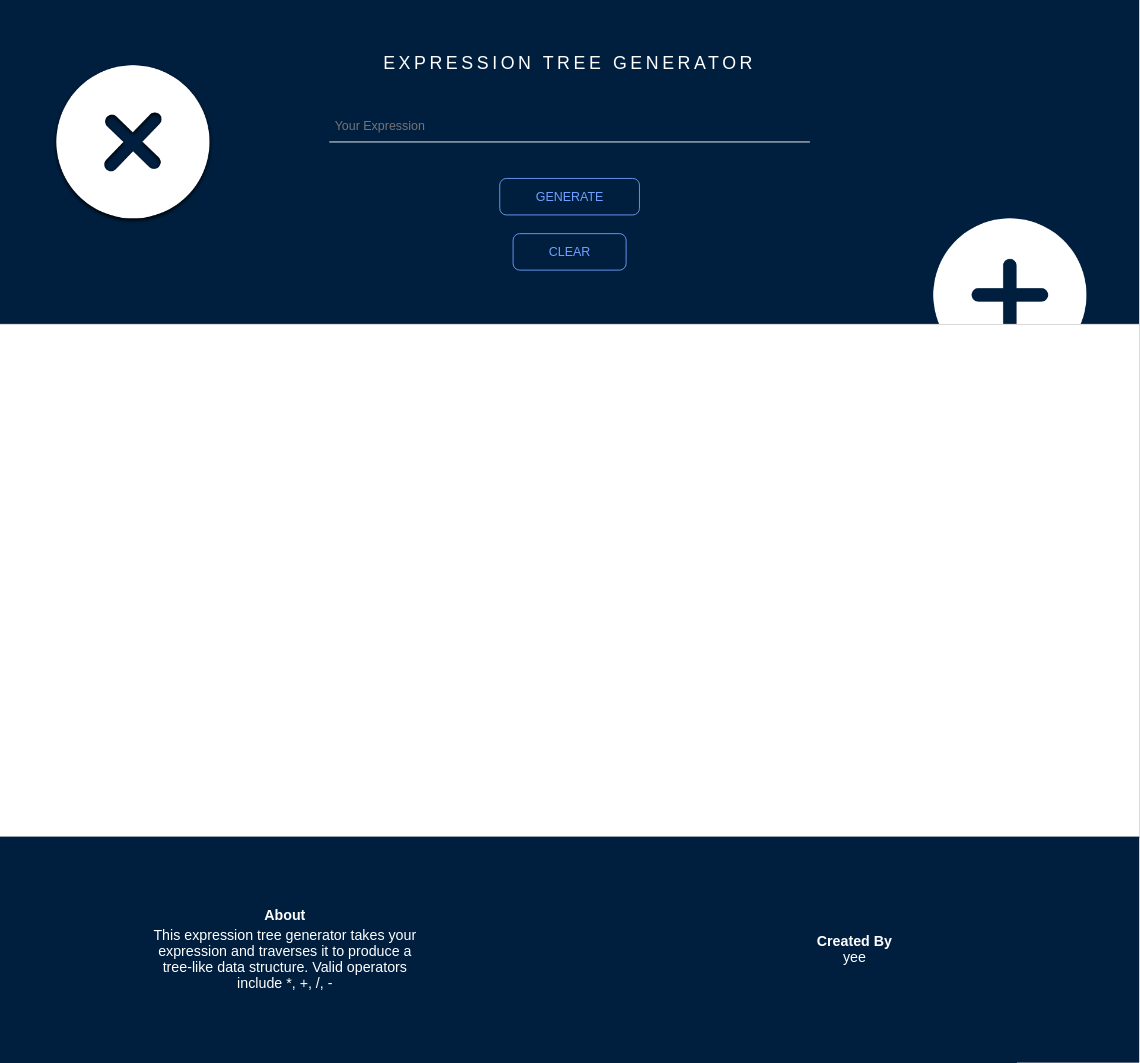
Repository: lnogueir/expression-tree-gen
Page: index.html
An editor plug-in stored every save of this project. The page is shown before and after the next save, followed by the edit.
The browser window is 1280 px wide. The page is 1281 px wide, so the pictures cover 1281 px, including what lies to the right of the window. The pictures show the whole page, at 89% of full size.

Above is the page before, as saved 2020-03-15 20:09:14.

After the next save:
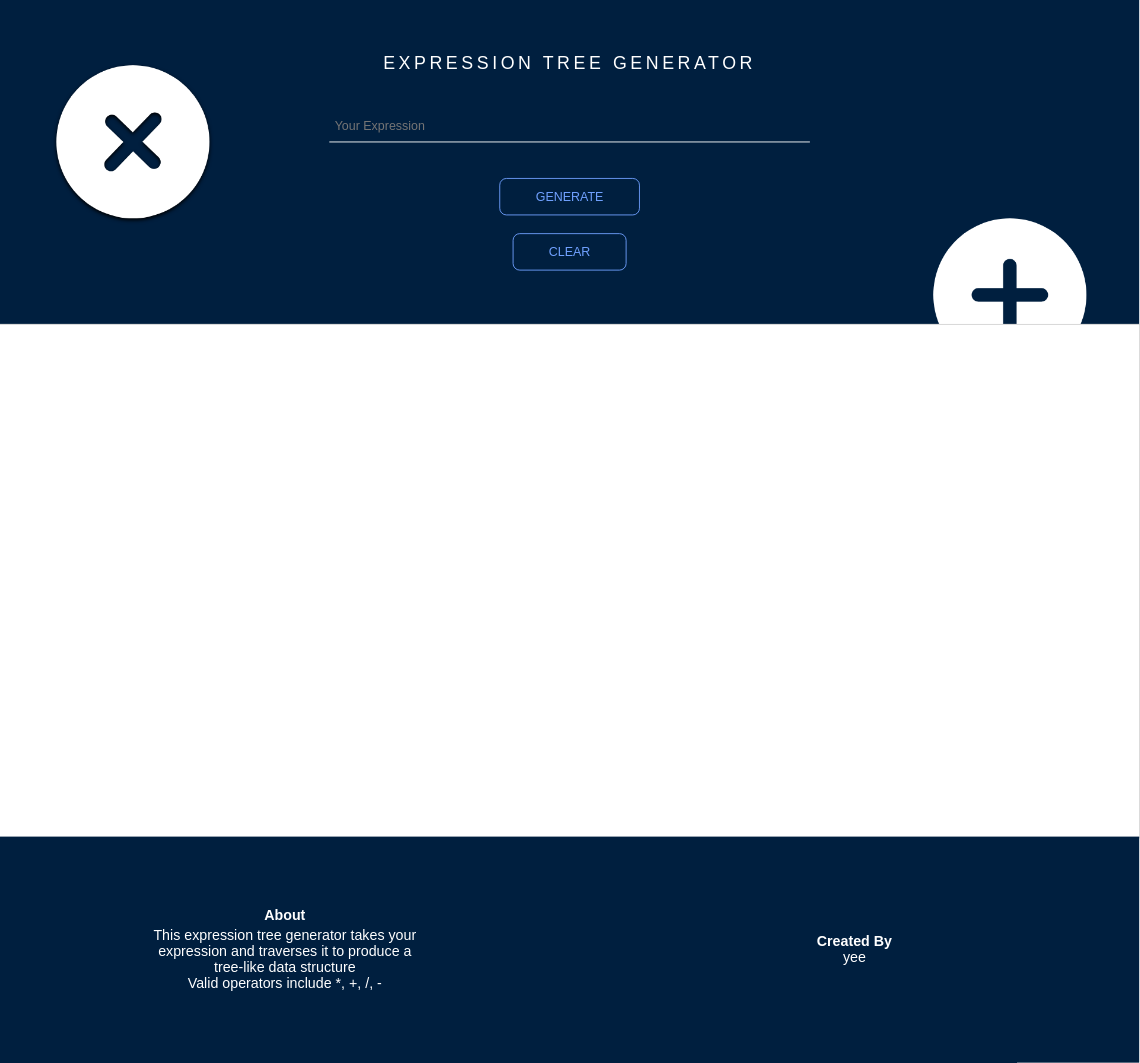
Saved 12 s later.
--- a/index.html
+++ b/index.html
@@ -33,7 +33,9 @@
             <div class="end-1-text">
             <h4>About</h4>
             <p>This expression tree generator takes your expression and traverses it to produce a
-                tree-like data structure. Valid operators include *, +, /, -
+                tree-like data structure
+                <br>
+                Valid operators include *, +, /, -
             </p>
         </div>
         </div>
